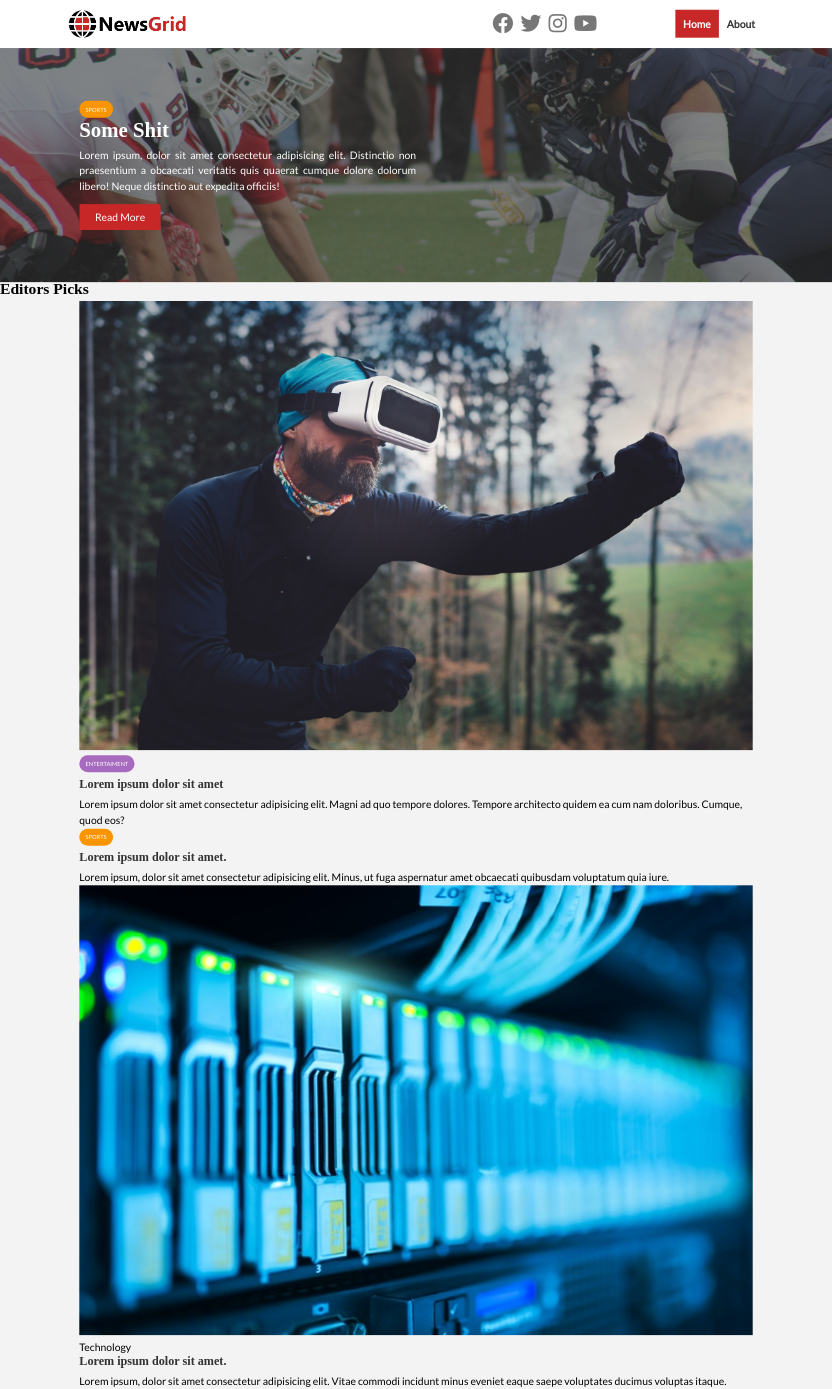
Repository: EswinGiova/NewsGrid
Page: index.html
An editor plug-in stored every save of this project. The page is shown before and after the next save, followed by the edit.
The browser window is 1280 px wide. The pictures show the whole page, at 65% of full size.
Some web libraries are served in a nearby version.

Above is the page before, as saved 2020-09-19 20:28:24.

### index.html
<!DOCTYPE html>
<html lang="en">
  <head>
    <meta charset="UTF-8" />
    <meta name="viewport" content="width=device-width, initial-scale=1.0" />
    <link rel="shortcut icon" type="image/x-icon" href="favicon.ico" />
    <link
      href="https://fonts.googleapis.com/css2?family=Lato&family=Staatliches&display=swap"
      rel="stylesheet"
    />
    <link rel="stylesheet" href="./css/style.css" />
    <link
      rel="stylesheet"
      media="screen and (max-width: 768px)"
      href="./css/mobile.css"
    />

    <link
      rel="stylesheet"
      href="https://cdnjs.cloudflare.com/ajax/libs/font-awesome/5.14.0/css/all.min.css"
      integrity="sha512-1PKOgIY59xJ8Co8+NE6FZ+LOAZKjy+KY8iq0G4B3CyeY6wYHN3yt9PW0XpSriVlkMXe40PTKnXrLnZ9+fkDaog=="
      crossorigin="anonymous"
    />

    <title>NewsGrid | Latest News</title>
  </head>
  <body>
    <nav id="main-nav">
      <div class="container">
        <img src="./image_resources/logo.png" alt="" class="logo" />
        <div class="social">
          <a href="#" target="_blank"><i class="fab fa-facebook fa-2x"></i></a>
          <a href="#" target="_blank"><i class="fab fa-twitter fa-2x"></i></a>
          <a href="#" target="_blank"><i class="fab fa-instagram fa-2x"></i></a>
          <a href="#" target="_blank"><i class="fab fa-youtube fa-2x"></i></a>
        </div>
        <ul>
          <li><a href="#" class="current">Home</a></li>
          <li><a href="#">About </a></li>
        </ul>
      </div>
    </nav>

    <header id="showcase">
      <div class="container">
        <div class="showcase-container">
          <div class="showcase-content">
            <div class="category category-sports">Sports</div>
            <h1>Some Shit</h1>
            <p>
              Lorem ipsum, dolor sit amet consectetur adipisicing elit.
              Distinctio non praesentium a obcaecati veritatis quis quaerat
              cumque dolore dolorum libero! Neque distinctio aut expedita
              officiis!
            </p>
            <a href="./article.html" class="btn btn-primary">Read More </a>
          </div>
        </div>
      </div>
    </header>
    <!-- Hombe articles -->

    <section id="home-articles" class="py-2">
      <h2>Editors Picks</h2>

      <div class="container">
        <article class="card">
          <img src="./image_resources/articles/ent1.jpg" alt="" />
          <div>
            <div class="category category-ent">Entertaiment</div>
            <h3>
              <a href="./article.html">Lorem ipsum dolor sit amet</a>
            </h3>
            <p>
              Lorem ipsum dolor sit amet consectetur adipisicing elit. Magni ad
              quo tempore dolores. Tempore architecto quidem ea cum nam
              doloribus. Cumque, quod eos?
            </p>
          </div>
        </article>
        <article class="card">
          <div class="category category-sports">Sports</div>
          <h3>
            <a href="./article.html">Lorem ipsum dolor sit amet.</a>
          </h3>
          <p>
            Lorem ipsum, dolor sit amet consectetur adipisicing elit. Minus, ut
            fuga aspernatur amet obcaecati quibusdam voluptatum quia iure.
          </p>
        </article>

        <article class="card">
          <img src="./image_resources/articles/tech1.jpg" alt="" />
          <div class="category-category-tech">Technology</div>
          <h3><a href="./article.html">Lorem ipsum dolor sit amet.</a></h3>
          <p>
            Lorem ipsum, dolor sit amet consectetur adipisicing elit. Vitae
            commodi incidunt minus eveniet eaque saepe voluptates ducimus
            voluptas itaque.
          </p>
        </article>
      </div>
    </section>
  </body>
</html>

### css/style.css
:root {
  --primary-color: #c72727;
  --secondary-color: #f99500;
  --light-color: #f3f3f3;
  --dark-color: #333;
  --max-width: 1100px;
}

.category {
  --sports-color: #f99500;
  --ent-color: #a66bbe;
  --tech-color: #009cff;
}
* {
  margin: 0;
  padding: 0;
  box-sizing: border-box;
}
body {
  font-family: 'Lato', sans-serif;
  line-height: 1.5;
  background: var(--light-color);
}

a {
  color: var(--dark-color);
  text-decoration: none;
}

ul {
  list-style: none;
}

img {
  width: 100%;
}

h1,
h2,
h3,
h4,
h5,
h6 {
  font-family: 'Staaliches', cursive;
  margin-bottom: 0.55rem;
  line-height: 1.3rem;
}

/*  utility class */

.container {
  max-width: var(--max-width);
  margin: auto;
  padding: 0 2rem;
  overflow: hidden;
}

/* category */

.category {
  display: inline-block;
  color: #fff;
  font-size: 0.55rem;
  text-transform: uppercase;
  padding: 0.4rem 0.6rem;
  border-radius: 15px;
  margin-bottom: 0.5rem;
}

.category-sports {
  background: var(--sports-color);
}
.category-ent {
  background: var(--ent-color);
}
.category-tech {
  background: var(--tech-color);
}

/* btn */

.btn {
  display: inline-block;
  border: none;
  background: var(--dark-color);
  color: #fff;
  padding: 0.5rem 1.5rem;
}

.btn-light {
  background: var(--light-color);
}
.btn-primary {
  background: var(--primary-color);
}
.btn-secondary {
  background: var(--secondary-color);
}
.btn:hover {
  opacity: 0.8;
}

.btn-block {
  display: block;
  width: 100%;
  text-align: center;
}

/* Navigation */
#main-nav {
  background: #fff;
  position: sticky;
  top: 0;
  z-index: 2;
}

#main-nav .container {
  display: grid;
  grid-template-columns: 6fr 3fr 2fr;
  padding: 1rem;
  align-items: center;
}

#main-nav .logo {
  width: 180px;
}

#main-nav ul {
  display: flex;
  justify-self: end;
}

#main-nav ul li a {
  padding: 0.77rem;
  font-weight: bold;
}

#main-nav ul li .current {
  background: var(--primary-color);
  color: white;
}

#main-nav ul li .current:hover {
  background: var(--light-color);
  color: var(--dark-color);
}
#main-nav .social {
  justify-self: center;
}

#main-nav .social i {
  color: #777;
  margin-left: 0.5rem;
}

/* showcase */
#showcase {
  background: #333;
  color: #fff;
  position: relative;
}

#showcase:before {
  content: '';
  background: url('../image_resources/featured.jpg') center center/cover;
  position: absolute;
  top: 0;
  left: 0;
  width: 100%;
  height: 100%;
  opacity: 0.4;
}
#showcase .showcase-container {
  height: 50vh;
  display: grid;
  grid-template-columns: repeat(2, 1fr);
  justify-content: center;
  align-content: center;
}
#showcase .showcase-container .showcase-content {
  z-index: 2;
  text-align: justify;
}
#showcase .showcase-container .showcase-content p {
  margin: 1rem 0;
}

Loaded but not shown: css/mobile.css (no copy from this time; the picture is the same without it)

After the next save:
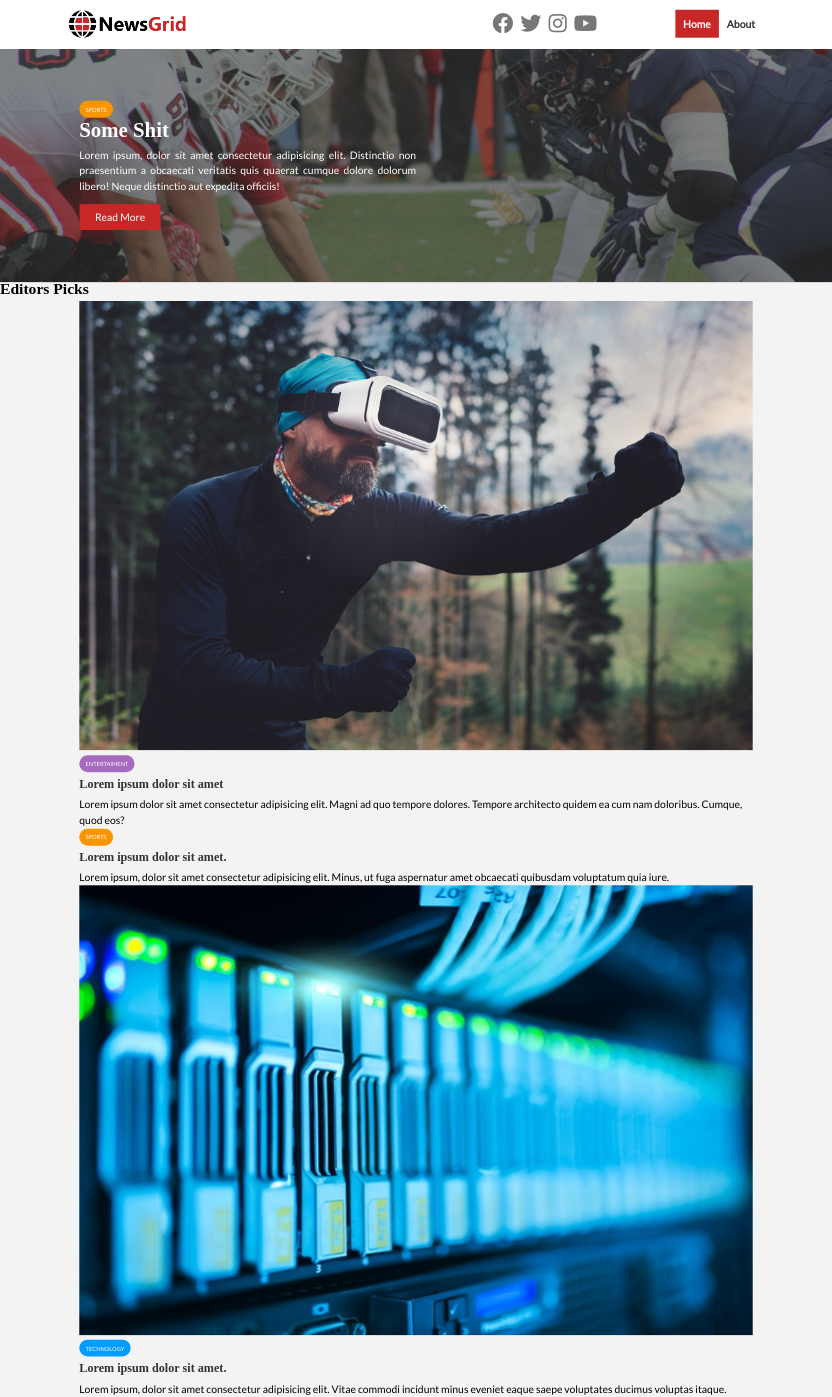
Saved 13 s later.
--- a/index.html
+++ b/index.html
@@ -91,7 +91,7 @@
 
         <article class="card">
           <img src="./image_resources/articles/tech1.jpg" alt="" />
-          <div class="category-category-tech">Technology</div>
+          <div class="category category-tech">Technology</div>
           <h3><a href="./article.html">Lorem ipsum dolor sit amet.</a></h3>
           <p>
             Lorem ipsum, dolor sit amet consectetur adipisicing elit. Vitae
